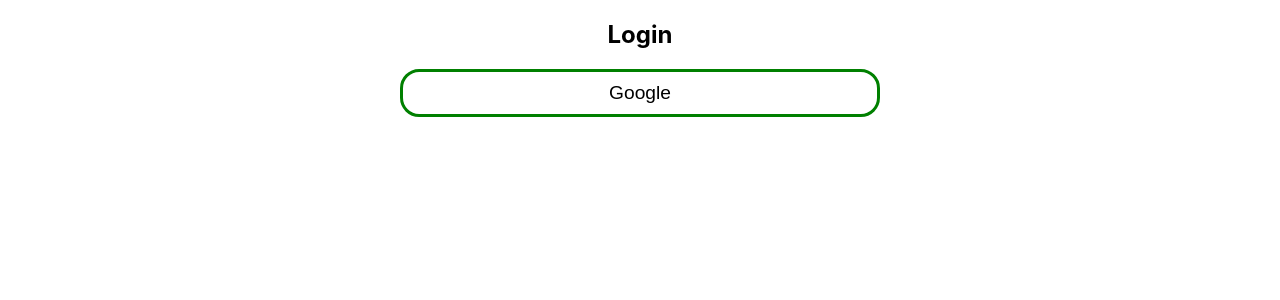
Repository: limjoohyun2030/random-food
Page: /random-food/home
These files come from the project's save history. The page is drawn as it stood at one moment and after the next save; the edit follows.
The browser window is 1280 px wide. The pictures show the whole page.
The page's requests for data from a server got no answer. The project was rebuilt for these pictures with package versions that can differ from the ones it lists, and the page was loaded fresh each time. A package was used in the major version that the imports need, not the one package.json lists. No one was signed in, and anything a server would have sent is missing. Also part of the build but not shown: src/components/food_detail/food_detail.module.css, src/components/food_detail/food_detail.jsx, src/components/food_item/food_item.module.css, src/components/food_item/food_item.jsx, src/components/food_list/food_list.module.css, src/components/food_list/food_list.jsx, src/components/header/header.module.css, src/components/header/header.jsx and 1 more.

Above is the page before, as saved 2021-11-11 01:10:13.

### public/index.html
<!DOCTYPE html>
<html lang="en">
  <head>
    <meta charset="utf-8" />
    <link rel="icon" href="/images/foodIcon.ico" />
    <meta name="viewport" content="width=device-width, initial-scale=1" />
    <meta name="theme-color" content="#000000" />
    <meta
      name="description"
      content="Web site created using create-react-app"
    />

    <title>Random Food</title>
  </head>
  <body>
    <noscript>You need to enable JavaScript to run this app.</noscript>
    <div id="root"></div>
  </body>
</html>

### src/index.js
import React from "react";
import ReactDOM from "react-dom";
import "./index.css";
import App from "./app";
import AuthService from "./service/auth_service";

const authService = new AuthService();

ReactDOM.render(
  <React.StrictMode>
    <App authService={authService} />
  </React.StrictMode>,
  document.getElementById("root")
);

### src/index.css
body {
  margin: 0;
  padding: 0;
  font-family: -apple-system, BlinkMacSystemFont, "Segoe UI", "Roboto", "Oxygen",
    "Ubuntu", "Cantarell", "Fira Sans", "Droid Sans", "Helvetica Neue",
    sans-serif;
  -webkit-font-smoothing: antialiased;
  -moz-osx-font-smoothing: grayscale;
}

code {
  font-family: source-code-pro, Menlo, Monaco, Consolas, "Courier New",
    monospace;
}

* {
  box-sizing: border-box;
}

#root {
  display: flex;
  justify-content: center;
}

### src/app.jsx
import { useEffect, useState, useRef } from "react";
import { BrowserRouter, Route, Switch } from "react-router-dom";
import styles from "./app.module.css";
import FoodDetail from "./components/food_detail/food_detail";
import FoodList from "./components/food_list/food_list";
import Header from "./components/header/header";
import Login from "./components/login/login";
import MainSection from "./components/main_section/main_section";

function App({ authService }) {
  const ref = useRef();
  const [foods, setFoods] = useState([]);
  const [isSelectedFood, setIsSelectedFood] = useState();
  const [isFoodOpen, setIsFoodOpen] = useState(false);
  const [isRefresh, setIsRefresh] = useState(false);

  const selectFood = (food) => {
    setIsSelectedFood(food);
  };

  const onRefreshClick = () => {
    setIsRefresh((oldstate) => !oldstate);
  };

  useEffect(() => {
    const myHeaders = new Headers();
    myHeaders.append("Content-Type", "application/json");

    const requestOptions = {
      method: "GET",
      headers: myHeaders,
      redirect: "follow",
    };

    fetch(
      "https://api.spoonacular.com/recipes/random?number=4&apiKey=92cedfb0b9e844679738e6c6c90cd453",
      requestOptions
    )
      .then((response) => response.json())
      .then((result) => setFoods(result.recipes))
      .catch((error) => console.log("error", error));
  }, [isRefresh]);

  useEffect(() => {
    const checkIfClickedOutside = (e) => {
      if (isFoodOpen && ref.current && !ref.current.contains(e.target)) {
        setIsFoodOpen(false);
      }
    };

    document.addEventListener("mousedown", checkIfClickedOutside);

    return () => {
      document.removeEventListener("mousedown", checkIfClickedOutside);
    };
  }, [isFoodOpen]);

  return (
    <div className={styles.app}>
      <BrowserRouter>
        <Switch>
          {/* <Route exact path="/">
            <Login authService={authService} />
          </Route> */}

          <Route path="/" render={() => <Login authService={authService} />} />

          <Route path="/main" render={() => <MainSection />} />

          {/* <Route
            path="/home"
            render={() => (
              <div>
                <Header onRefreshClick={onRefreshClick} />
                <section>
                  <div className={styles.detail}>
                    {isFoodOpen && <FoodDetail food={isSelectedFood} />}
                  </div>

                  <div
                    className={styles.list}
                    onClick={() => setIsFoodOpen((oldstate) => !oldstate)}
                  >
                    <FoodList
                      foods={foods}
                      onFoodClick={selectFood}
                      ref={ref}
                    />
                  </div>
                </section>
              </div>
            )}
          /> */}
          <Route path="*">
            <h2>Page Not Found</h2>
          </Route>
          {/* <Route path="/">
            <Header onRefreshClick={onRefreshClick} />
            <section>
              <div className={styles.detail}>
                {isFoodOpen && <FoodDetail food={isSelectedFood} />}
              </div>

              <div
                className={styles.list}
                onClick={() => setIsFoodOpen((oldstate) => !oldstate)}
              >
                <FoodList foods={foods} onFoodClick={selectFood} ref={ref} />
              </div>
            </section>
          </Route> */}

          {/* <Route
            path="/login"
            render={() => <Login authService={authService} />}
          /> */}
        </Switch>
      </BrowserRouter>
    </div>
  );
}

export default App;

### src/service/auth_service.js
import firebase from "firebase";
import firebaseApp from "./firebase";

class AuthService {
  login() {
    const authProvider = new firebase.auth.GoogleAuthProvider();
    return firebaseApp.auth().signInWithPopup(authProvider);
  }
}

export default AuthService;

### src/app.module.css
/* @value makerLightOrange from './common/colors.css'; */

.app {
  max-width: 100rem;
  /* background-image: url("https://image.freepik.com/free-photo/spaghetti-with-spicy-mixed-seafood-dark-background_1150-45297.jpg"); */
  background-repeat: no-repeat;
  background-size: 100vw 100vh;
}

.content {
  position: relative;
}

.detail {
  z-index: 2;
  /* margin: auto 0; */
  margin-top: 5px;
  height: 520px;
  width: auto;
  position: absolute;
  background-color: #dfe08e;
}

.list {
  /* visibility: hidden; */
  z-index: 1;
}

### src/components/login/login.jsx
import React from "react";
import styles from "./login.module.css";

const Login = ({ authService }) => {
  const onLogin = () => {
    authService //
      .login()
      .then(console.log);
  };
  return (
    <section className={styles.login}>
      <h1>Login</h1>
      <button className={styles.button} onClick={onLogin}>
        Google
      </button>
    </section>
  );
};

export default Login;

### src/service/firebase.js
// Import the functions you need from the SDKs you need
// import { initializeApp } from "firebase/app";
import firebase from "firebase";

// TODO: Add SDKs for Firebase products that you want to use
// https://firebase.google.com/docs/web/setup#available-libraries

// Your web app's Firebase configuration
// For Firebase JS SDK v7.20.0 and later, measurementId is optional
const firebaseConfig = {
  apiKey: process.env.REACT_APP_FIREBASE_API_KEY,
  authDomain: process.env.REACT_APP_FIREBASE_AUTH_DOMAIN,
  databaseURL: process.env.REACT_APP_FIREBASE_DB_URL,
  projectId: process.env.REACT_APP_FIREBASE_PROJECT_ID,
  appId: process.env.REACT_APP_FIREBASE_APP_ID,
};

// console.log(process.env.REACT_APP_FIREBASE_API_KEY);
// Initialize Firebase
const firebaseApp = firebase.initializeApp(firebaseConfig);
export default firebaseApp;

### src/components/login/login.module.css
/* @value makerGreen, makerLightPink, makerWhite from '../../common/colors.css'; */

.login {
  width: 30em;
  text-align: center;
  display: flex;
  flex-direction: column;
  justify-content: center;
  background-color: white;
}

.list {
  width: 100%;
  display: flex;
  flex-direction: column;
  list-style: none;
  padding: 0.5rem;
}

.item {
  margin-bottom: 0.5em;
}

.button {
  width: 100%;
  height: 2.5em;
  font-size: 1.2rem;
  border-radius: 1.2rem;
  background-color: transparent;
  cursor: pointer;
  border: 0.2rem solid green;
  outline: 0;
}

.button:hover {
  background-color: pink;
}

After the next save:
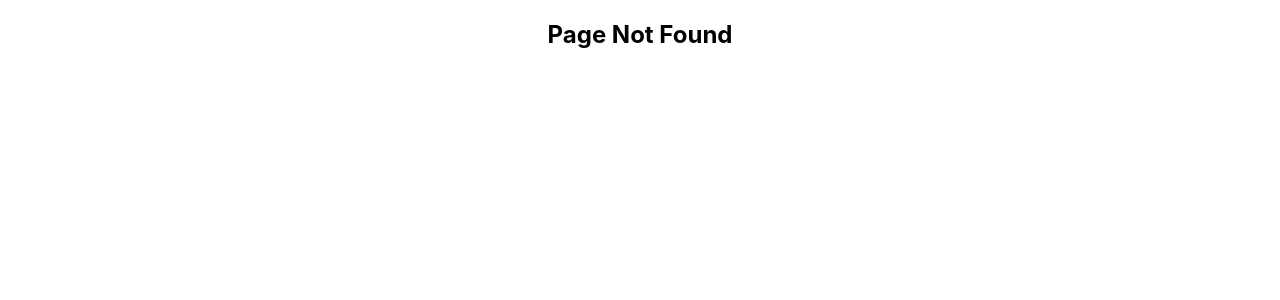
Saved 14 min 20 s later.
--- a/src/app.jsx
+++ b/src/app.jsx
@@ -63,7 +63,11 @@
             <Login authService={authService} />
           </Route> */}
 
-          <Route path="/" render={() => <Login authService={authService} />} />
+          <Route
+            exact
+            path="/"
+            render={() => <Login authService={authService} />}
+          />
 
           <Route path="/main" render={() => <MainSection />} />
 
